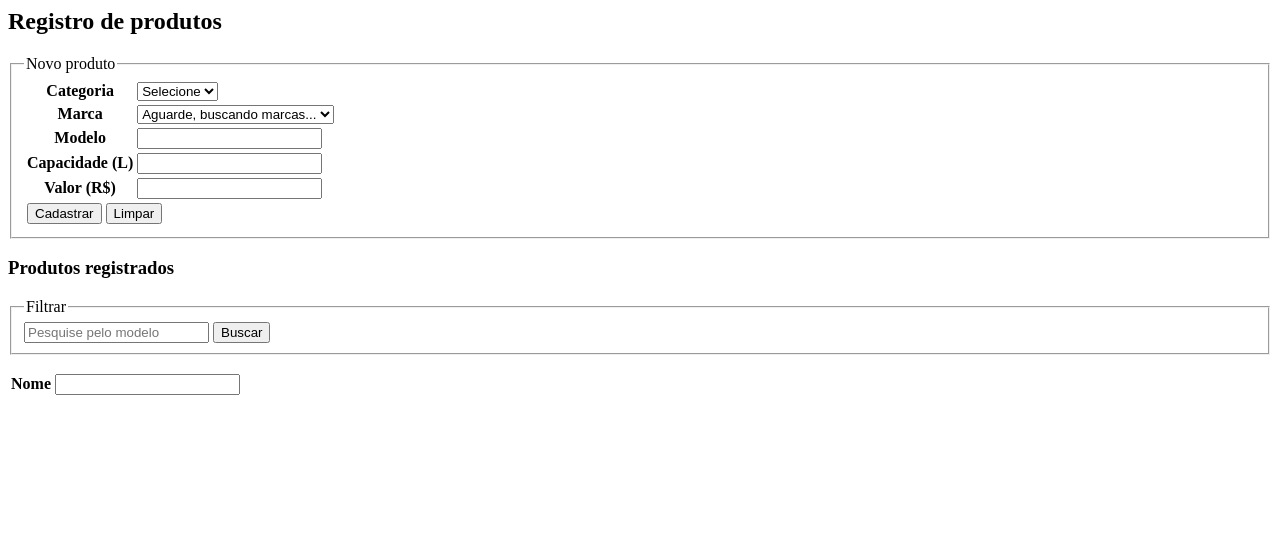
Repository: AndreiLGomes/faculdade
Page: ProjetoTrilhaWeb2/src/main/webapp/pages/admin/product/index.html
The author's editor kept a copy of each file at every save. The page is drawn from the files as they stood at one save, then again after the next save.
The browser window is 1280 px wide. The pictures show the whole page.

Above is the page before, as saved 2024-11-13 23:22:03.
Console error: ReferenceError: COLDIGO is not defined

After the next save:
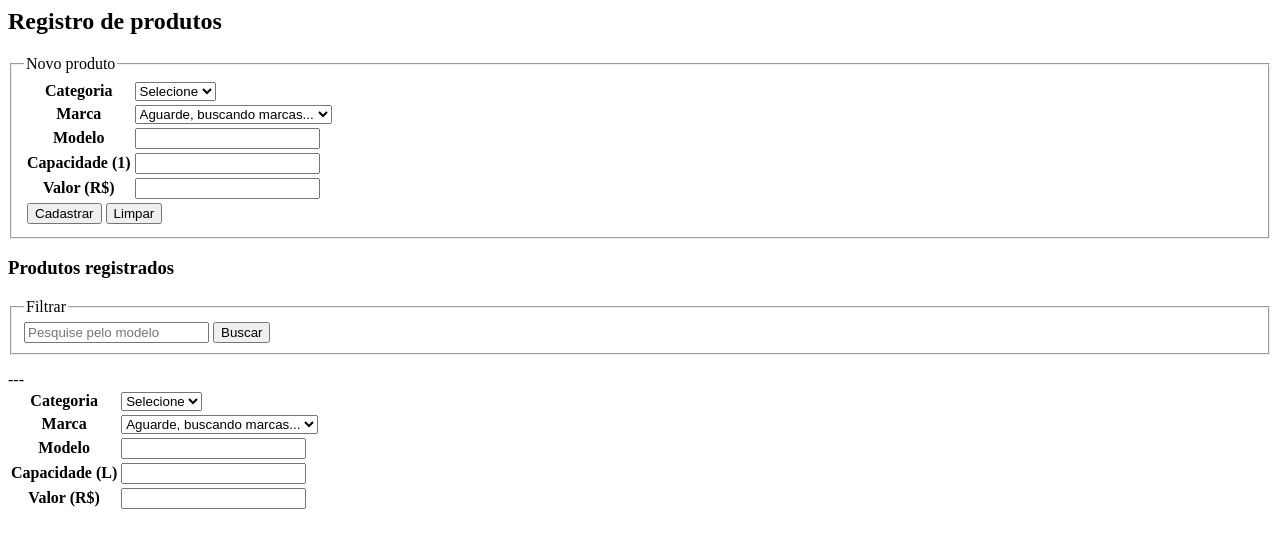
Saved 3 min 20 s later.
--- a/ProjetoTrilhaWeb2/src/main/webapp/pages/admin/product/index.html
+++ b/ProjetoTrilhaWeb2/src/main/webapp/pages/admin/product/index.html
@@ -1,15 +1,76 @@
+
 <script src="../../js/product.js"></script>
+<h2>Registro de produtos</h2>
+<form name="frmAddProduto" id="addProduto" class="frmInserir">
+	<fieldset>
+		<legend>Novo produto</legend>
+		<table>
+			<tr>
+				<th>Categoria</th>
+				<td>
+					<select name="categoria">
+						<option value="">Selecione</option>
+						<option value="1">Geladeira</option>
+						<option value="2">Freezer</option>
+					</select>
+				</td>
+			</tr>
+			<tr>
+				<th>Marca</th>
+				<td>
+					<select name="marcaId" id="selMarca">
+						<option value="" class="buscando">Aguarde, buscando
+						marcas...</option>
+					</select>
+				</td>
+			</tr>
 
-<h2>Registro de produtos</h2>
+			<tr>
+				<th>Modelo</th>
+				<td>
+					<input type="text" name="modelo">
+				</td>
+			</tr>
+			<tr>
+				<th>Capacidade (1)</th>
+				<td>
+					<input type="text" name="capacidade">
+				</td>
+			</tr>
+			<tr>
+				<th>Valor (R$)</th>
+				<td>
+					<input type="text" name="valor">
+				</td>
+			</tr>
+			<tr>
+				<td colspan="2">
+				<button type="button" onclick="COLDIGO.produto.cadastrar()">Cadastrar</button>
+				<button type="reset">Limpar</button>
+				</td>
+			</tr>
+		</table>
+	</fieldset>
+</form>
 
-<form name="frmAddProduto" id="addProduto" class="frmInserir">
-    <fieldset>
-        <legend>Novo produto</legend>
+<h3>Produtos registrados</h3>
+<form id="filtrarProduto" class="frmFiltrar">
+	<fieldset>
+		<legend>Filtrar</legend>
+		<input type="text" name="txtbusca" id="campoBuscaProduto" placeholder="Pesquise pelo modelo">
+		<button type="button" onclick="COLDIGO.produto.buscar()">Buscar</button>
+	</fieldset>
+</form>
+<div id="listaProdutos" class="listaRegistros">
+</div>
+---
+<div id="modalEditaProduto" class="modalEditar">
+    <form name="frmEditaProduto" id="editaProduto" class="frmEditar">
         <table>
             <tr>
                 <th>Categoria</th>
                 <td>
-                    <select name="categoria">
+                    <select name="categoria" id="selCategoriaEdicao">
                         <option value="">Selecione</option>
                         <option value="1">Geladeira</option>
                         <option value="2">Freezer</option>
@@ -19,7 +80,7 @@
             <tr>
                 <th>Marca</th>
                 <td>
-                    <select name="marcaId" id="selMarca">
+                    <select name="marcaId" id="selMarcaEdicao">
                         <option value="" class="buscando">Aguarde, buscando marcas...</option>
                     </select>
                 </td>
@@ -30,50 +91,19 @@
                     <input type="text" name="modelo">
                 </td>
             </tr>
-            <tr>
-                <th>Capacidade (L)</th>
-                <td>
-                    <input type="text" name="capacidade">
-                </td>
-            </tr>
-            <tr>
-                <th>Valor (R$)</th>
-                <td>
-                    <input type="text" name="valor">
-                </td>
-            </tr>
-            <tr>
-                <td colspan="2">
-                    <button type="button" onclick="COLDIGO.produto.cadastrar()">Cadastrar</button>
-                    <button type="reset">Limpar</button>
-                </td>
-            </tr>
-        </table>
-    </fieldset>
-</form>
-
-<h3>Produtos registrados</h3>
-
-<form id="filtrarProduto" class="frmFiltrar">
-    <fieldset>
-        <legend>Filtrar</legend>
-        <input type="text" name="txtbusca" id="campoBuscaProduto" placeholder="Pesquise pelo modelo">
-        <button type="button" onclick="COLDIGO.produto.buscar()">Buscar</button>
-    </fieldset>
-</form>
-
-<div id="listaProdutos" class="listaRegistros"></div>
-
-<div id="modalEditaProduto" class="modalEditar">
-    <form name="frmEditaProduto" id="editaProduto" class="frmEditar">
-        <table>
-            <tr>
-                <th>Nome</th>
-                <td>
-                    <input type="text" name="nome">
-                </td>
-            </tr>
-        </table>
-        <input type="hidden" name="idMarca">
-    </form>
+    <tr>
+    <th>Capacidade (L)</th>
+    <td>
+        <input type="text" name="capacidade">
+    </td>
+</tr>
+<tr>
+    <th>Valor (R$)</th>
+    <td>
+        <input type="text" name="valor">
+    </td>
+		</tr>
+	</table>
+		<input type="hidden" name="idProduto">
+	</form>
 </div>
